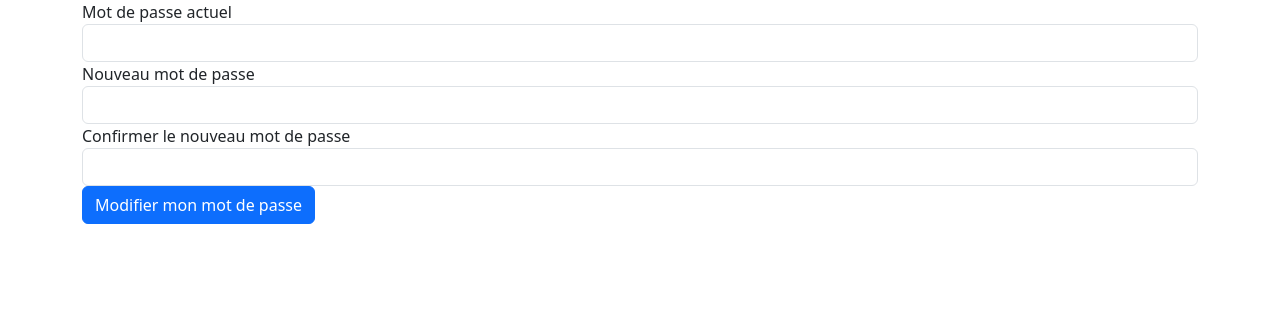
Repository: khadyba/GestionEtablissementScolaire
Page: resources/views/Professeurs/updatePassword.blade.php
These files come from the project's save history. The page is drawn as it stood at one moment and after the next save; the edit follows.
The browser window is 1280 px wide. The pictures show the whole page.
The page is served by the project's Laravel application, run on PHP 8.4 with Laravel 9. The template is opened directly, without the code that normally fills it, so the values that code supplies are empty.

Above is the page before, as saved 2024-11-13 10:37:05.

After the next save:
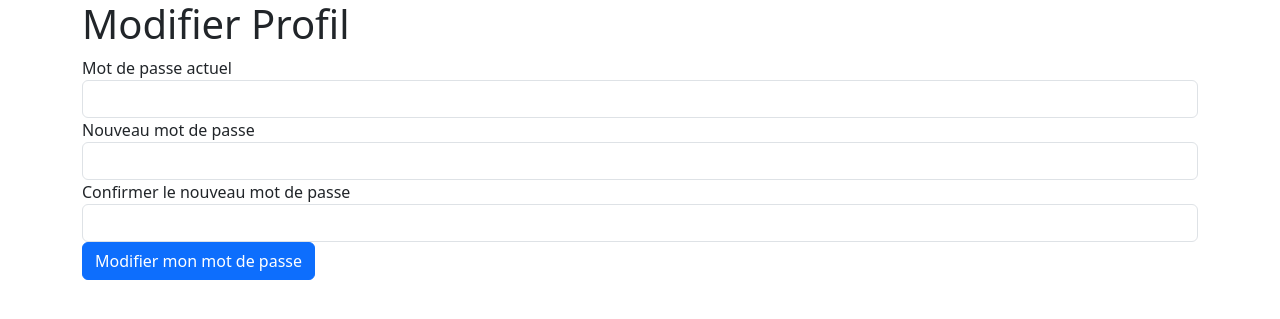
Saved 15 s later.
--- a/sunuEcole/resources/views/Professeurs/updatePassword.blade.php
+++ b/sunuEcole/resources/views/Professeurs/updatePassword.blade.php
@@ -11,6 +11,9 @@
 
 
 <div class= "container">
+
+<h1>Modifier Profil</h1>
+
 
 <form action="{{ route('professeurs.update.password') }}" method="POST">
     @csrf
